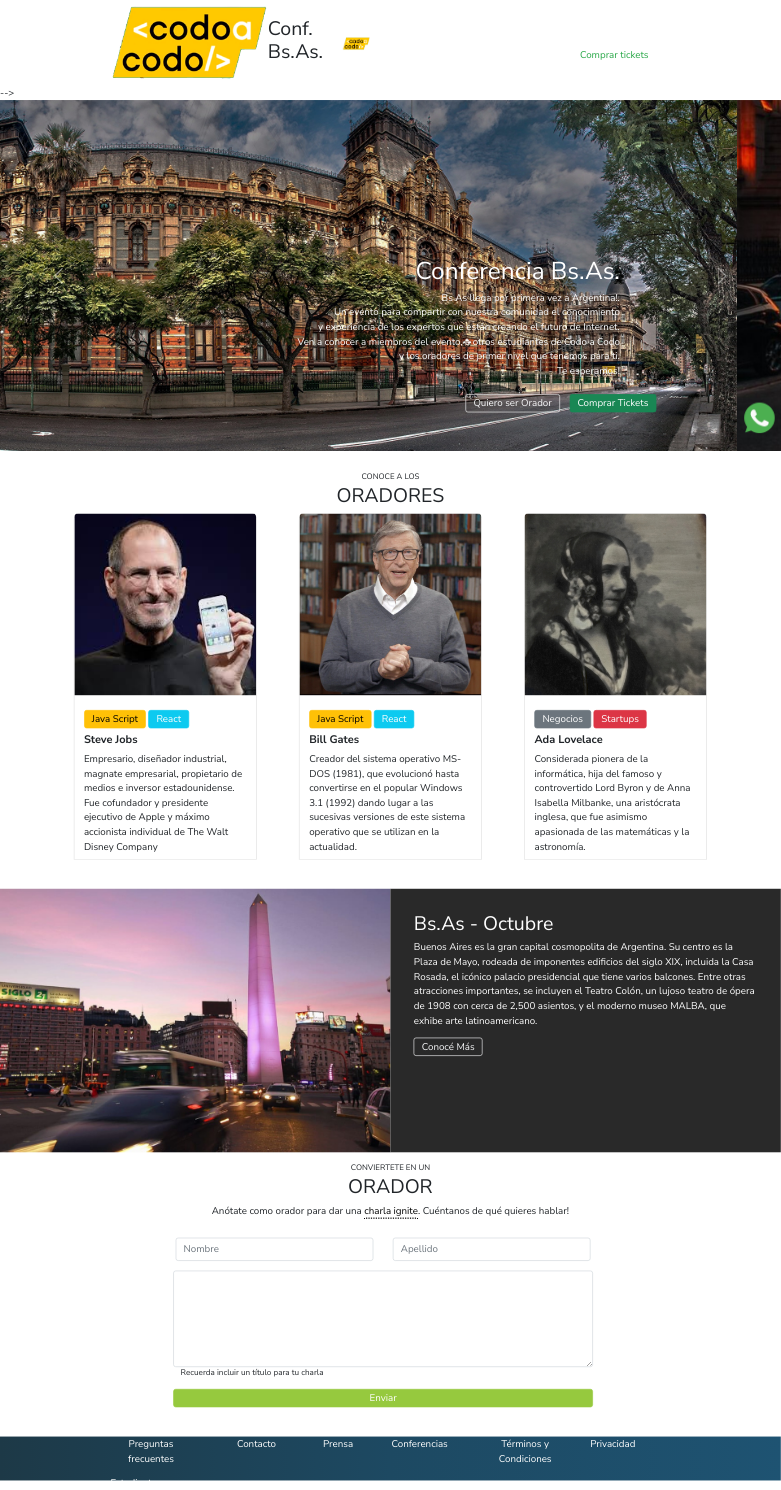
Repository: Melire/trabajo-final-BS
Page: index.html
The author's editor kept a copy of each file at every save. The page is drawn from the files as they stood at one save, then again after a run of saves.
The browser window is 1280 px wide. The pictures show the whole page, at 61% of full size.

Above is the page before, as saved 2023-05-11 18:06:53.

### index.html
<!DOCTYPE html>
<html lang="es">

<head>
    <meta charset="UTF-8">
    <meta http-equiv="X-UA-Compatible" content="IE=edge">
    <meta name="viewport" content="width=device-width, initial-scale=1.0">
    <title>Proyecto Melisa Renovales Wolcan</title>
    <link rel="shortcut icon" href="favicon.ico" type="image/x-icon">
    <link href="https://cdn.jsdelivr.net/npm/bootstrap@5.0.2/dist/css/bootstrap.min.css" rel="stylesheet"
        integrity="sha384-EVSTQN3/azprG1Anm3QDgpJLIm9Nao0Yz1ztcQTwFspd3yD65VohhpuuCOmLASjC" crossorigin="anonymous">
    <link rel="stylesheet" href="./css/estilos3.css">

</head>

<body>
    <header class="header">
        <nav class="navbar navbar-expand-lg navbar-dark">
            <!--Logo-->
            <a class="contenedorLogo">
                <a href="https://www.buenosaires.gob.ar/educacion/codo-codo" target="_blank">
                    <img src="./assets/img/codoacodo.png" alt="Logo">
                </a>
                <h2>Conf. Bs.As.</h2>
            </div>
        <!--<div class="headerNav">
            <div class="contenedorLogo">
                <a href="https://www.buenosaires.gob.ar/educacion/codo-codo" target="_blank">
                    <img src="./assets/img/codoacodo.png" alt="Logo">
                </a>
                <h2>Conf. Bs.As.</h2>
            </div>
            <!--barra de navegacion BS-->
            <div class="contenedorLogo">
                <a href="https://www.buenosaires.gob.ar/educacion/codo-codo" target="_blank">
                    <img src="./assets/img/codoacodo.png" alt="Logo">
                </a>
                <h2>Conf. Bs.As.</h2>
            </div>


                <ul class="nav">
                    <li class="nav-item">
                        <a class="nav-link active" aria-current="page" href="#laConferencia">La Conferencia</a>
                    </li>
                    <li class="nav-item">
                        <a class="nav-link" href="#losOradores">Los Oradores</a>
                    </li>
                    <li class="nav-item">
                        <a class="nav-link" href="#lugarYfecha">Lugar y La Fecha</a>
                    </li>
                    <li class="nav-item">
                        <a class="nav-link" href="#convierteteEnOrador">Conviértete en Orador</a>
                    </li>
                    <a class="nav-link color" href="./pages/comprar_tickets.html">Comprar tickets</a>
                    </li>
                </ul>
            </nav>
-->
        </div>
        <!--comportamientos carrousel BS-->
        <section id="laConferencia" class="contenedorCarousel">
            <div id="carouselExampleCaptions" class="carousel slide" data-bs-ride="carousel">
                <div class="carousel-indicators">
                    <div class="carouselNone">
                        <button type="button" data-bs-target="#carouselExampleCaptions" data-bs-slide-to="0"
                            class="active" aria-current="true" aria-label="Slide 1"></button>
                        <button type="button" data-bs-target="#carouselExampleCaptions" data-bs-slide-to="1"
                            aria-label="Slide 2"></button>
                        <button type="button" data-bs-target="#carouselExampleCaptions" data-bs-slide-to="2"
                            aria-label="Slide 3"></button>
                    </div>

                    <!--botones carrousel-->
                    <nav class="container">
                        <div class="botonesCabecera">
                            <a href="#convierteteEnOrador" button type="button" class="btn btn-outline-light">Quiero ser
                                Orador</a>
                            <div class="botonTickets">
                                <a href="./pages/comprar_tickets.html" button type="button"
                                    class="btn btn-success">Comprar
                                    Tickets</a>
                            </div>
                        </div>
                    </nav>
                </div>
                <!--textos y fotos carrousel BS-->
                <div class="carousel-inner">
                    <div class="carousel-item active">
                        <img src="./assets/img/ba1.jpg" class="d-block w-100" alt="Palacio del agua">
                        <div class="carousel-caption d-none d-md-block">
                            <h5 class="texto"> Conferencia Bs.As.</h5>
                            <p> Bs As llega por primera vez a Argentina!.<br /> Un evento para compartir con nuestra
                                comunidad el conocimiento<br /> y experiencia de los expertos que están creando el
                                futuro de Internet.<br />
                                Ven a conocer a miembros del evento, a otros estudiantes de Codo a Codo<br /> y los
                                oradores de primer nivel que tenemos para ti.<br />Te esperamos!</p>
                        </div>
                    </div>
                    <div class="carousel-item">
                        <img src="./assets/img/ba2.jpg" class="d-block w-100" alt="obelisco">
                        <div class="carousel-caption d-none d-md-block">
                            <h5 class="texto">Paseos en bus</h5>
                            <p>Tenemos la mejor selección de tours en español en Argentina<br />
                                ¡y al mejor precio! Descubre todo lo que puedes hacer en la Ciudad de Buenos
                                Aires!<br />
                                Veni a conocer un mágico Buenos Aires<br /> Te invitamos a conocer las costumbres y
                                gastronomía de la vida porteña de antaño</p>
                        </div>
                    </div>
                    <div class="carousel-item">
                        <img src="./assets/img/ba3.jpg" class="d-block w-100" alt="Diagonal sur">
                        <div class="carousel-caption d-none d-md-block">
                            <h5 class="texto">Visitas guiadas en edificios históricos</h5>
                            <p>En nuestras caminatas guiadas,<br /> recorremos los edificios mas hermosos de la
                                ciudad,<br /> llenos de histrorias y misterios.<br /> No te lo pierdas!</p>
                        </div>
                    </div>
                </div>

                <button class="carousel-control-prev" type="button" data-bs-target="#carouselExampleCaptions"
                    data-bs-slide="prev">
                    <span class="carousel-control-prev-icon" aria-hidden="true"></span>
                    <span class="visually-hidden">Previous</span>
                </button>
                <button class="carousel-control-next" type="button" data-bs-target="#carouselExampleCaptions"
                    data-bs-slide="next">
                    <span class="carousel-control-next-icon" aria-hidden="true"></span>
                    <span class="visually-hidden">Next</span>
                </button>
            </div>
        </section>
    </header>

    <!--Oradores BS-->
    <main>
        <section id="losOradores" class="sectionOradores">
            <h2><span class=tituloCh>CONOCE A LOS</span> <br> ORADORES</h2>
            <div class="padreCards">
                <div class="container row row-cols-1 row-cols-md-3 g-3">
                    <div class="col">
                        <div class="card h-100">
                            <img src="./assets/img/steve.jpg" class="card-img-top" alt="Steve Jobs">
                            <div class="buttonsCard">
                                <button type="button" class="btn btn-warning">Java Script</button>
                                <button type="button" class="btn btn-info">React</button>

                            </div>

                            <div class="card-body">
                                <h5 class="card-title"><span>Steve Jobs</span></h5>
                                <p class="card-text">Empresario, diseñador industrial, magnate empresarial, propietario
                                    de medios e inversor
                                    estadounidense. Fue cofundador y presidente ejecutivo de Apple​ y máximo accionista
                                    individual de The Walt Disney Company</p>
                            </div>
                        </div>
                    </div>

                    <div class="col">
                        <div class="card h-100">
                            <img src="./assets/img/bill.jpg" class="card-img-top" alt="Bill Gates">
                            <div class="buttonsCard">
                                <button type="button" class="btn btn-warning">Java Script</button>
                                <button type="button" class="btn btn-info">React</button>
                            </div>
                            <div class="card-body">
                                <h5 class="card-title">Bill Gates</h5>
                                <p class="card-text">Creador del sistema operativo MS-DOS (1981), que evolucionó hasta
                                    convertirse en el popular
                                    Windows 3.1 (1992) dando lugar a las sucesivas versiones de este sistema operativo
                                    que se
                                    utilizan en la actualidad.</p>
                            </div>
                        </div>
                    </div>
                    <div class="col">
                        <div class="card h-100">
                            <img src="./assets/img/ada.jpeg" class="card-img-top" alt="Ada Lovelace">
                            <div class="buttonsCard">
                                <button type="button" class="btn btn-secondary">Negocios</button>
                                <button type="button" class="btn btn-danger">Startups</button>
                            </div>
                            <div class="card-body">
                                <h5 class="card-title">Ada Lovelace</h5>
                                <p class="card-text">Considerada pionera de la informática, hija del famoso y
                                    controvertido Lord Byron y de Anna
                                    Isabella Milbanke, una aristócrata inglesa, que fue asimismo apasionada de las
                                    matemáticas y
                                    la astronomía.</p>
                            </div>
                        </div>
                    </div>
                </div>
            </div>
        </section>
        <section id="lugarYfecha" class="container-fluid">
            <div class="row">
                <div class="col-sm-12 col-md-6 colIzq">

                </div>
                <div class="col-sm-12 col-md-6 colDer">
                    <h2>Bs.As - Octubre</h2>
                    <p>Buenos Aires es la gran capital cosmopolita de Argentina. Su centro es la Plaza de Mayo, rodeada
                        de imponentes edificios del siglo XIX, incluida la Casa Rosada, el icónico palacio presidencial
                        que tiene varios balcones. Entre otras atracciones importantes, se incluyen el Teatro Colón, un
                        lujoso teatro de ópera de 1908 con cerca de 2,500 asientos, y el moderno museo MALBA, que exhibe
                        arte latinoamericano.</p>
                    <a href=""><button type="button" class="btn btn-outline-light">Conocé Más</button></a>
                </div>
        </section>



        <!--Formulario Orador-->
        <section id="convierteteEnOrador" class="formularioOrador container row-cols-1">
            <form>
                <h2><span class="tituloCh"> CONVIERTETE EN UN </span> <br> ORADOR</h2>
                <p>Anótate como orador para dar una <a href="" class="charla">charla ignite</a>.
                    Cuéntanos de qué quieres hablar!</p>

                <div class="mb-3">
                    <div class="datosUser container row ">
                        <div class="imputName col-sm-12  col-md-6 col-lg-4">
                            <input type="text" class="form-control" id="Nombre" placeholder="Nombre">
                        </div>
                        <div class="imputName col-sm-12  col-md-6 col-lg-4">
                            <input type="text" class="form-control" id="Apellido" placeholder="Apellido">
                        </div>

                        <div class="container row col-sm-12  col-md-8 col-lg-8">
                            <textarea class="form-control " id="exampleFormControlTextarea1" rows="6"
                                placeholder="Sobre que quieres hablar?">
                            </textarea>
                                <p class="finalForm">Recuerda incluir un título para tu charla</p>
                        </div>

                            <div class="d-grid gap-2 col-sm-12  col-md-8 col-lg-8">
                                <button class="btn btn-success-color">Enviar</button>
                            </div>
                    </div>
                </div>
            </form>
        </section>
    </main>


    <!--footer BS-->
    <footer class="footer container-fluid mt-5">
        <div class="contenedorFooter row text-center gap-3 w-75 h-100 mx-auto">
            <a class="col-sm-12 col-md-2" href="#Preguntas frecuentes">Preguntas frecuentes</a>
            <a class="col-sm-12 col-md-2" href="#contacto">Contacto</a>
            <a class="col-sm-12 col-md-1" href="#prensa">Prensa</a>
            <a class="col-sm-12 col-md-2" href="#conferencias">Conferencias</a>
            <a class="col-sm-12 col-md-2" href="#condiciones">Términos y Condiciones</a>
            <a class="col-sm-12 col-md-1" href="#privacidad">Privacidad</a>
            <a class="col-sm-12 col-md-1" href="#estudiantes">Estudiantes</a>
        </div>
        <a href=""><img class="wsp" src="./assets/img/whatsapp.png" alt="what"></a>
    </footer>
    <script src="https://cdn.jsdelivr.net/npm/bootstrap@5.0.2/dist/js/bootstrap.bundle.min.js"
        integrity="sha384-MrcW6ZMFYlzcLA8Nl+NtUVF0sA7MsXsP1UyJoMp4YLEuNSfAP+JcXn/tWtIaxVXM"
        crossorigin="anonymous"></script>
</body>

</html>

Loaded but not shown: css/estilos3.css (644 lines, source omitted)

After the next 3 saves:
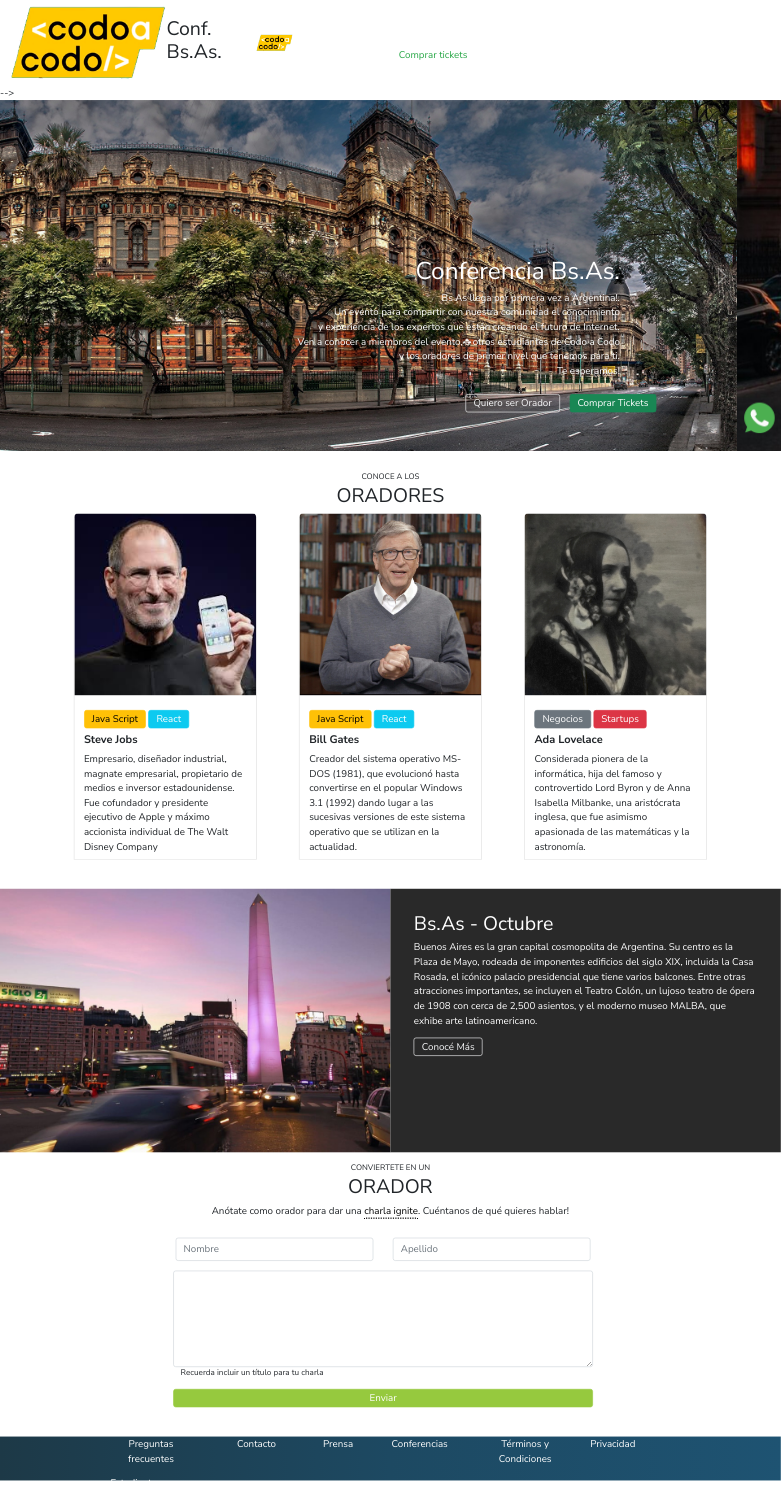
The 3 saves are shown as one change because they came seconds apart.
The last was saved 15 s later.
--- a/index.html
+++ b/index.html
@@ -17,7 +17,7 @@
     <header class="header">
         <nav class="navbar navbar-expand-lg navbar-dark">
             <!--Logo-->
-            <a class="contenedorLogo">
+            <a class="navbar-brand">
                 <a href="https://www.buenosaires.gob.ar/educacion/codo-codo" target="_blank">
                     <img src="./assets/img/codoacodo.png" alt="Logo">
                 </a>
